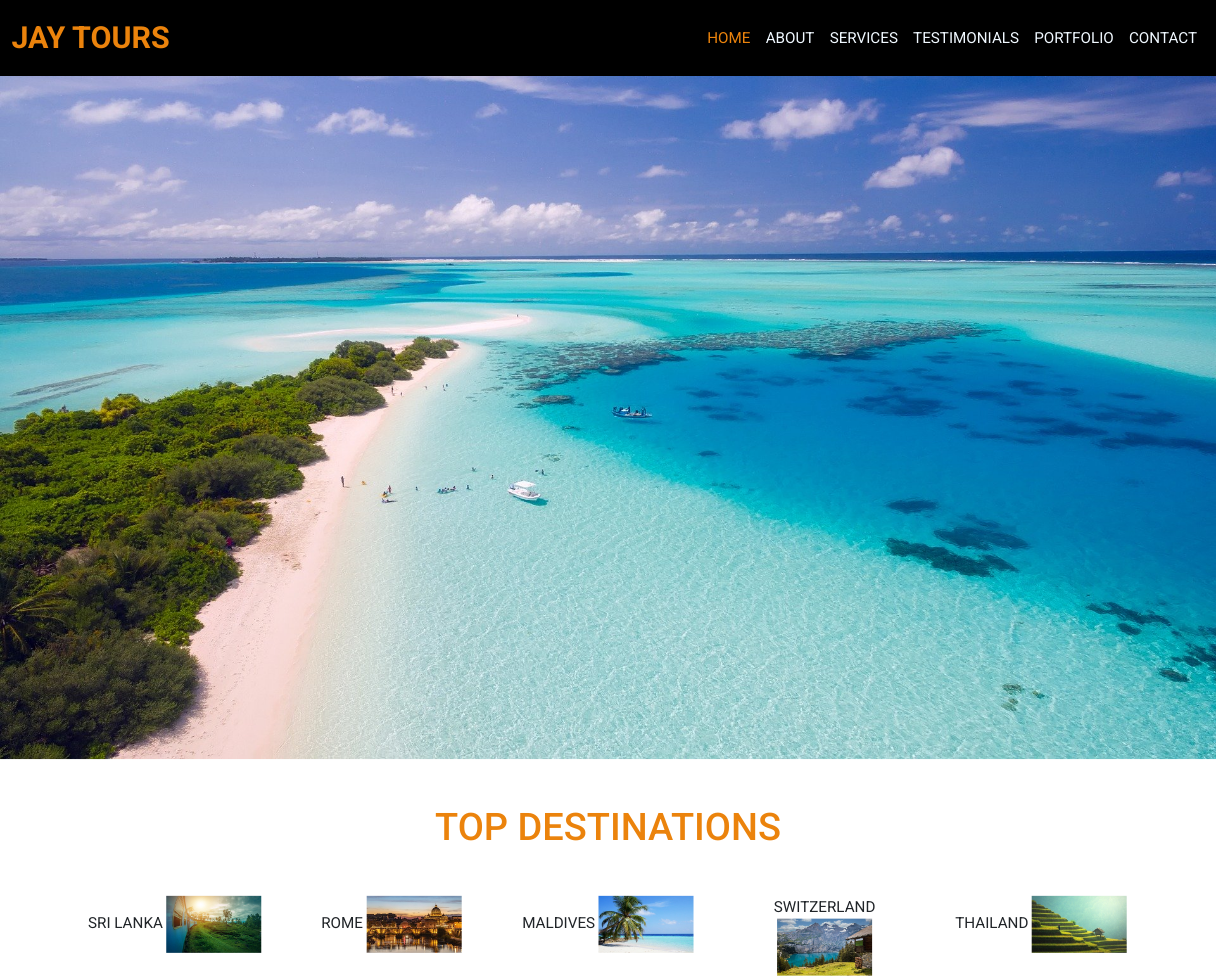
Repository: kasundiudn/Jay-Travel
Page: index.html
The author's editor kept a copy of each file at every save. The page is drawn from the files as they stood at one save, then again after a run of saves.
The browser window is 1280 px wide. The pictures show the whole page, at 95% of full size.

Above is the page before, as saved 2025-06-26 10:34:26.

After the next 2 saves:
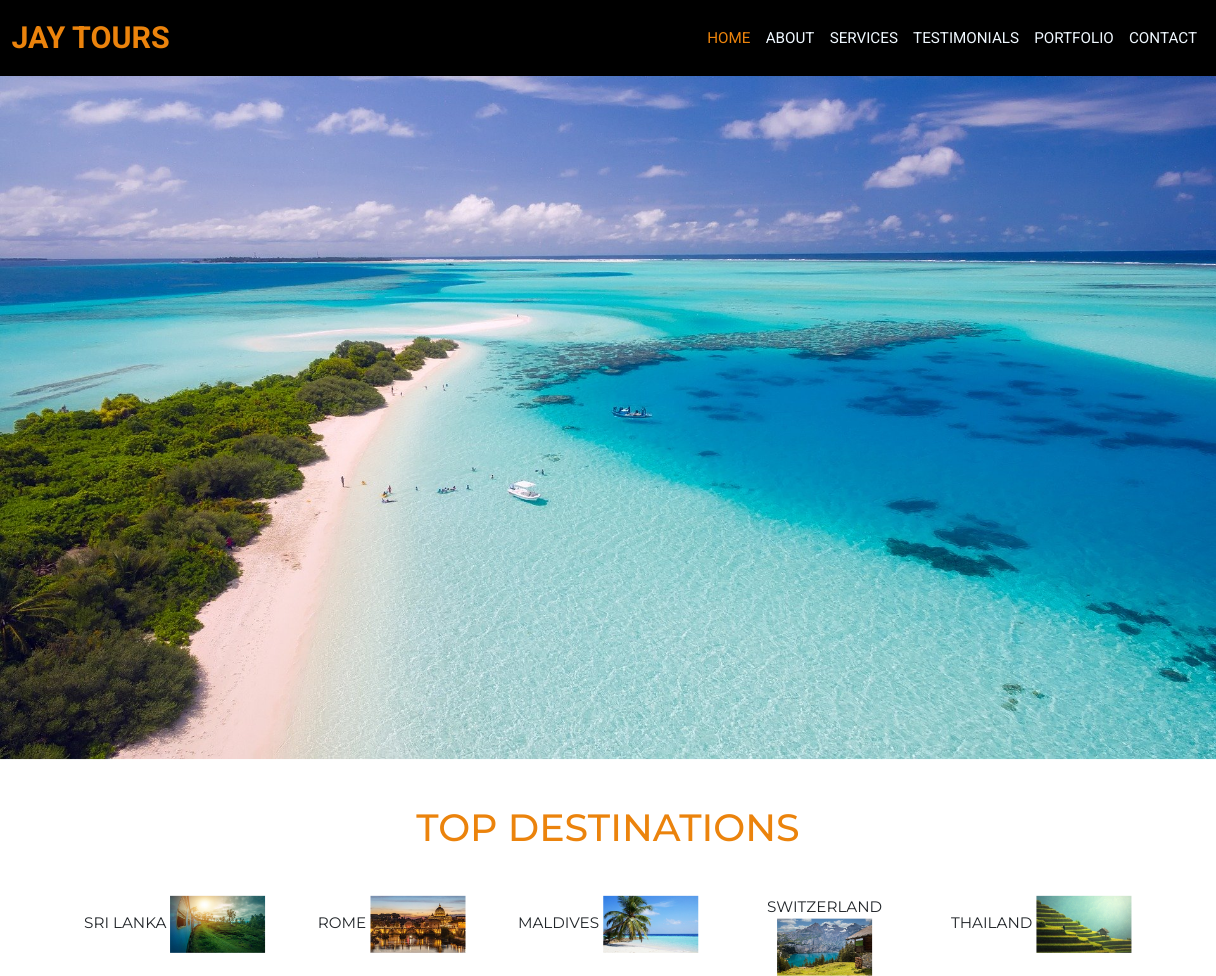
The 2 saves are shown as one change because they came seconds apart.
The last was saved 8 s later.
--- a/index.html
+++ b/index.html
@@ -18,7 +18,7 @@
         color: aliceblue;
     }
     body{
-        font-family: "Roboto", sans-serif;
+        font-family: "montserrat", sans-serif;
     }
 
   </style>
